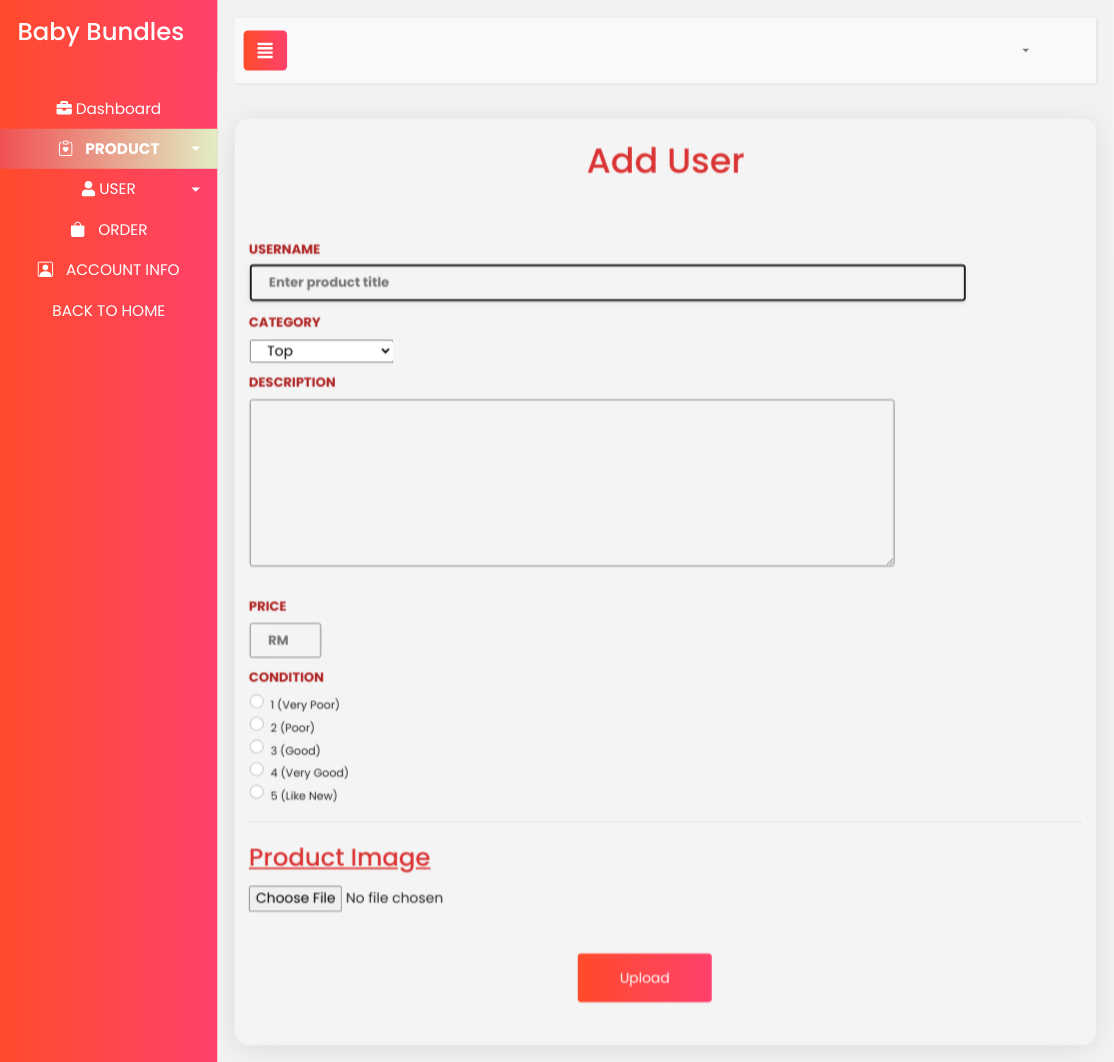
Repository: jiahow99/Baby-Bundles-University
Page: http://localhost/admin-adduser.php
These files come from the project's save history. The page is drawn as it stood at one moment and after the next save; the edit follows.
The browser window is 1280 px wide. The pictures show the whole page, at 87% of full size.
Some web libraries are served in a nearby version. The page is run by PHP 8.4 with error messages shown; the project is at /var/www/html/.

Above is the page before, as saved 2022-11-25 00:12:53.

After the next save:
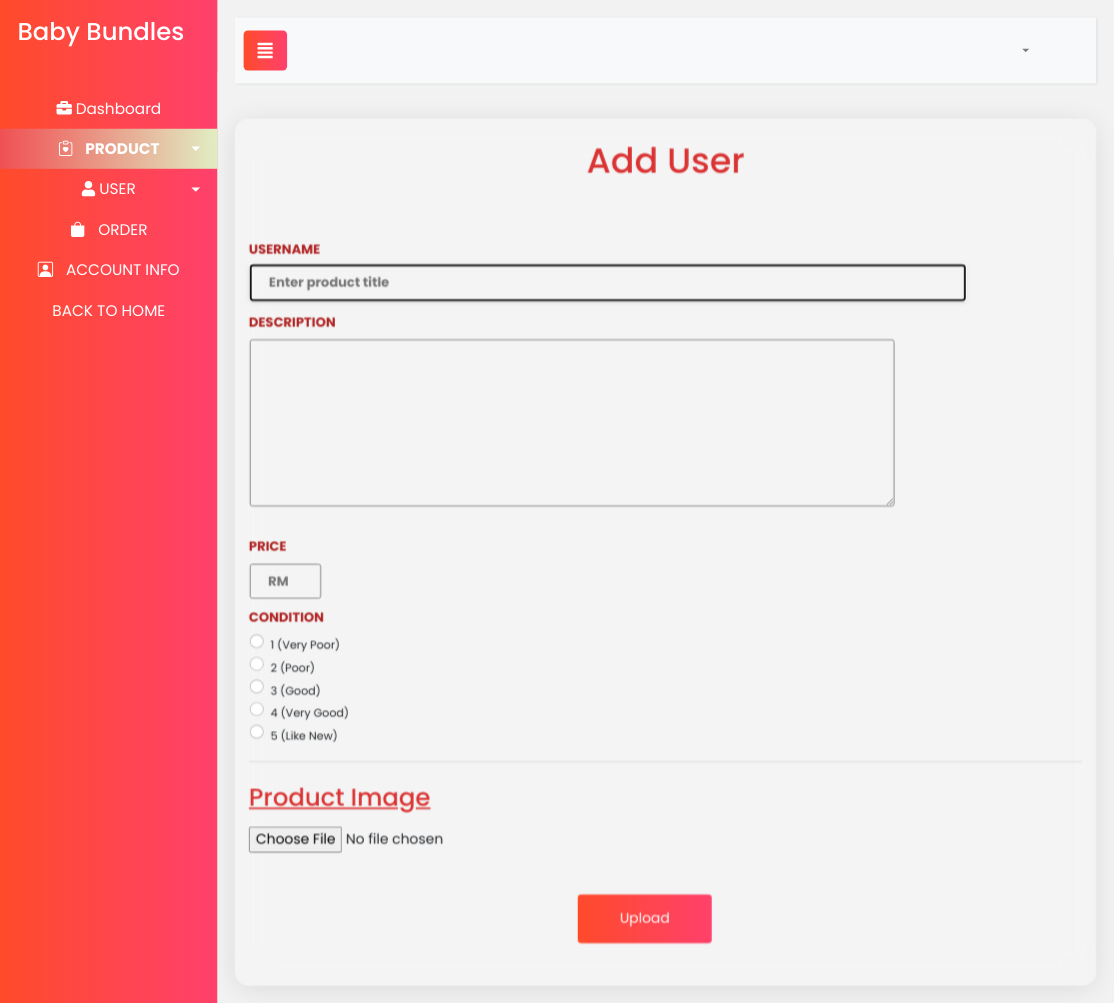
Saved 7 s later.
--- a/admin-adduser.php
+++ b/admin-adduser.php
@@ -46,19 +46,6 @@
                 <div class="row mt-5">
                     <label for="" class="name text-uppercase col-12">Username</label>
                     <input class="input--style-6 col-10 ml-3" type="text" name="title" placeholder="Enter product title" required autofocus>
-                </div>
-
-                <div class="row">
-                    <label for="" class="name text-uppercase col-12">Category</label>
-                    <select class="form-select col-2 ml-3" aria-label="Default select example">
-                        <option value="top">Top</option>
-                        <option value="bottom">Bottom</option>
-                        <option value="accessories">Accessories</option>
-                        <option value="shoes">Shoes</option>
-                        <option value="babycart">Baby Cart</option>
-                        <option value="toy">Toy</option>
-                        <option value="socks">Socks</option>
-                    </select>
                 </div>
 
                 <div class="row mb-4">
